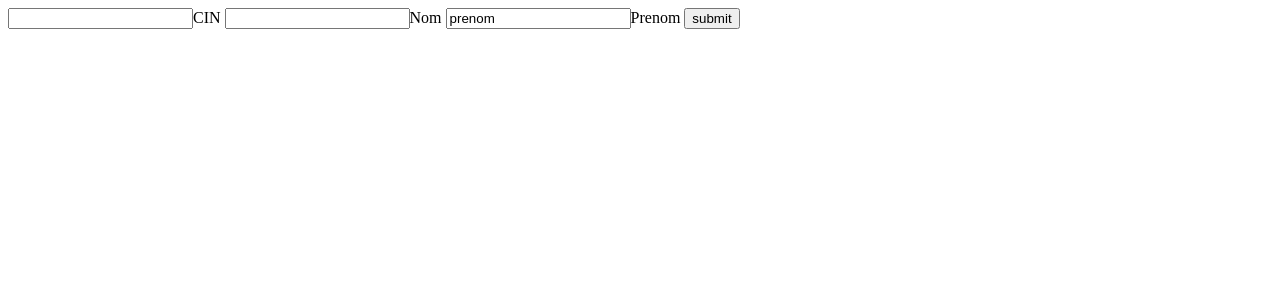
Repository: SamerBenMim/TP3_JEE
Page: GestionEtudiants/src/main/webapp/add.html
The author's editor kept a copy of each file at every save. The page is drawn from the files as they stood at one save, then again after the next save.
The browser window is 1280 px wide. The pictures show the whole page.

Above is the page before, as saved 2021-10-11 14:54:37.

### GestionEtudiants/src/main/webapp/add.html
<!DOCTYPE html>
<html>
<head>
<meta charset="ISO-8859-1">
<title>Ajouter Etudiant</title>
</head>
<body>
<form method="get" action="GestionEtudiants">
<input type="text" id="cin" name="cin">CIN
<input type="text" id="nom" name="nom">Nom
<input type="text" name="prenom" value="prenom">Prenom
<input type="submit" name="submit" value="submit">
</form>
</body>
</html>

After the next save:
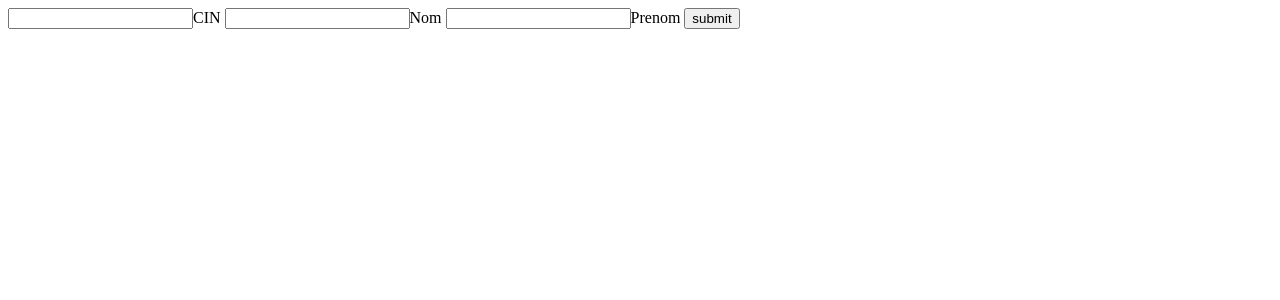
Saved 40 s later.
--- a/GestionEtudiants/src/main/webapp/add.html
+++ b/GestionEtudiants/src/main/webapp/add.html
@@ -8,7 +8,7 @@
 <form method="get" action="GestionEtudiants">
 <input type="text" id="cin" name="cin">CIN
 <input type="text" id="nom" name="nom">Nom
-<input type="text" name="prenom" value="prenom">Prenom
+<input type="text" name="prenom" >Prenom
 <input type="submit" name="submit" value="submit">
 </form>
 </body>
